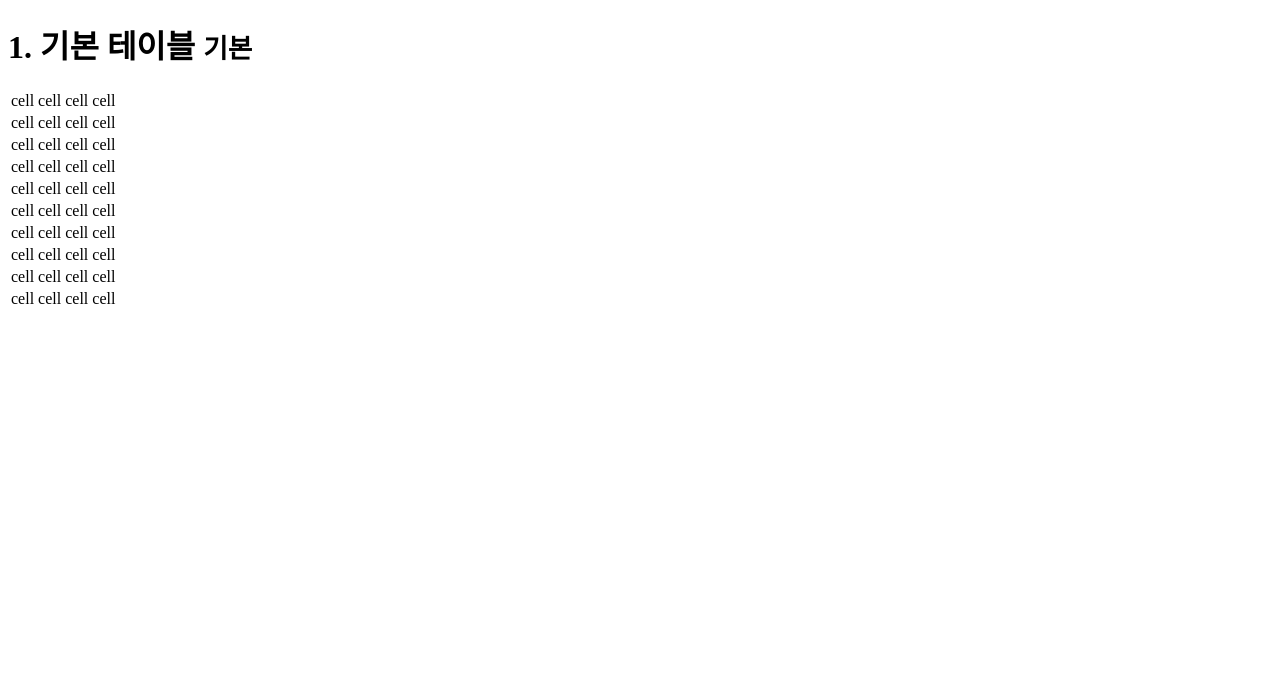
Repository: abbyinkr/BootstrapStudy
Page: BootStrapWork/WebContent/BootEx02.html
The author's editor kept a copy of each file at every save. The page is drawn from the files as they stood at one save, then again after the next save.
The browser window is 1280 px wide. The pictures show the whole page.

Above is the page before, as saved 2021-07-01 03:29:06.

### BootStrapWork/WebContent/BootEx02.html
<!DOCTYPE html>
<html>
<head>
<meta charset="UTF-8">
<title>BootEx02.html</title>
<style type="text/css">

	/* 테이블 기본 서식 */
	#table
	{
		width: 500px;
		border: 1px solid black;
		border-collapse: collapse;
	}

	#table td
	{
		border: 1px solid black;
	}


</style>

</head>
<body>

<h1>1. 기본 테이블 <small>기본</small> </h1>

<!-- table>(tr>td{cell}*4)*10 -->
<table>
	<tr>
		<td>cell</td>
		<td>cell</td>
		<td>cell</td>
		<td>cell</td>
	</tr>
	<tr>
		<td>cell</td>
		<td>cell</td>
		<td>cell</td>
		<td>cell</td>
	</tr>
	<tr>
		<td>cell</td>
		<td>cell</td>
		<td>cell</td>
		<td>cell</td>
	</tr>
	<tr>
		<td>cell</td>
		<td>cell</td>
		<td>cell</td>
		<td>cell</td>
	</tr>
	<tr>
		<td>cell</td>
		<td>cell</td>
		<td>cell</td>
		<td>cell</td>
	</tr>
	<tr>
		<td>cell</td>
		<td>cell</td>
		<td>cell</td>
		<td>cell</td>
	</tr>
	<tr>
		<td>cell</td>
		<td>cell</td>
		<td>cell</td>
		<td>cell</td>
	</tr>
	<tr>
		<td>cell</td>
		<td>cell</td>
		<td>cell</td>
		<td>cell</td>
	</tr>
	<tr>
		<td>cell</td>
		<td>cell</td>
		<td>cell</td>
		<td>cell</td>
	</tr>
	<tr>
		<td>cell</td>
		<td>cell</td>
		<td>cell</td>
		<td>cell</td>
	</tr>
</table>


</body>
</html>

After the next save:
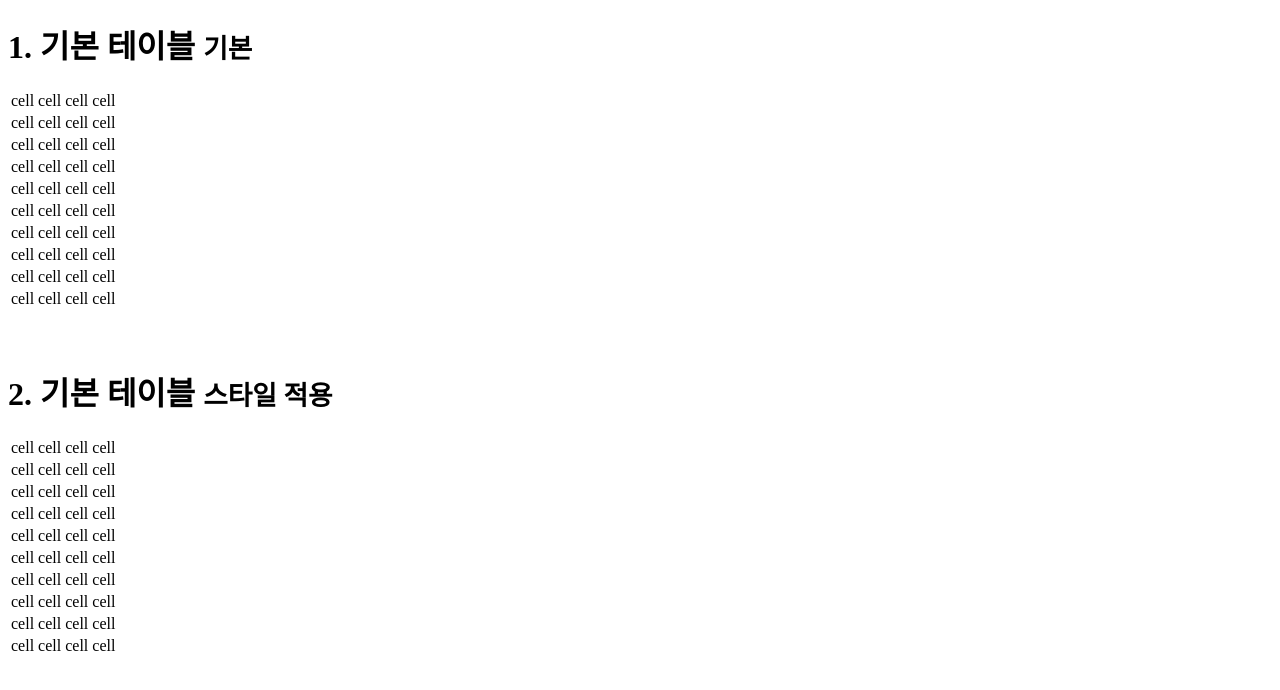
Saved 36 s later.
--- a/BootStrapWork/WebContent/BootEx02.html
+++ b/BootStrapWork/WebContent/BootEx02.html
@@ -91,5 +91,76 @@
 </table>
 
 
+<br /><br />
+
+
+<h1>2. 기본 테이블 <small>스타일 적용</small> </h1>
+
+<!-- table>(tr>td{cell}*4)*10 -->
+<table>
+	<tr>
+		<td>cell</td>
+		<td>cell</td>
+		<td>cell</td>
+		<td>cell</td>
+	</tr>
+	<tr>
+		<td>cell</td>
+		<td>cell</td>
+		<td>cell</td>
+		<td>cell</td>
+	</tr>
+	<tr>
+		<td>cell</td>
+		<td>cell</td>
+		<td>cell</td>
+		<td>cell</td>
+	</tr>
+	<tr>
+		<td>cell</td>
+		<td>cell</td>
+		<td>cell</td>
+		<td>cell</td>
+	</tr>
+	<tr>
+		<td>cell</td>
+		<td>cell</td>
+		<td>cell</td>
+		<td>cell</td>
+	</tr>
+	<tr>
+		<td>cell</td>
+		<td>cell</td>
+		<td>cell</td>
+		<td>cell</td>
+	</tr>
+	<tr>
+		<td>cell</td>
+		<td>cell</td>
+		<td>cell</td>
+		<td>cell</td>
+	</tr>
+	<tr>
+		<td>cell</td>
+		<td>cell</td>
+		<td>cell</td>
+		<td>cell</td>
+	</tr>
+	<tr>
+		<td>cell</td>
+		<td>cell</td>
+		<td>cell</td>
+		<td>cell</td>
+	</tr>
+	<tr>
+		<td>cell</td>
+		<td>cell</td>
+		<td>cell</td>
+		<td>cell</td>
+	</tr>
+</table>
+
+
+
 </body>
 </html>
